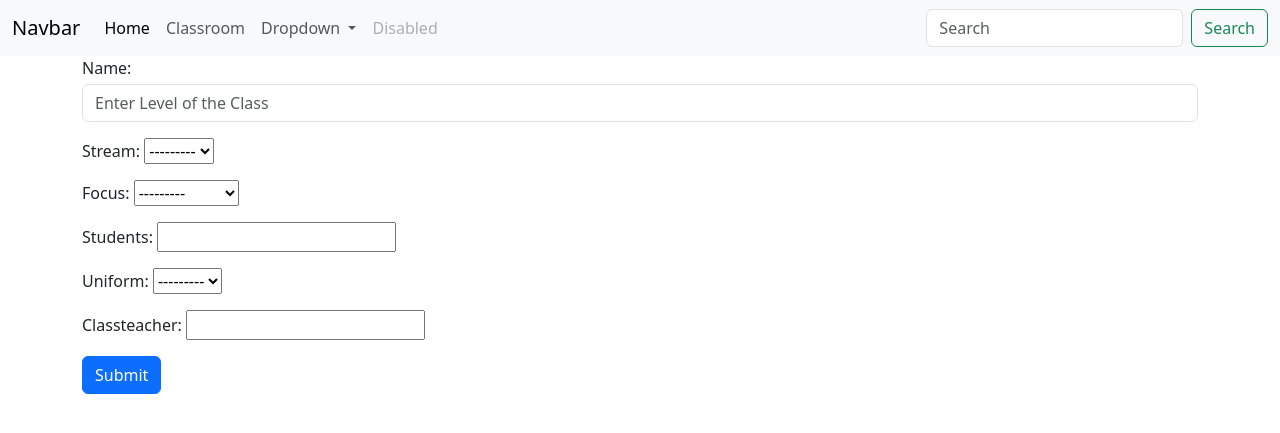
Repository: Mbote-Joseph/Django-Recap
Page: http://localhost/classroom/add
An editor plug-in stored every save of this project. The page is shown before and after a run of saves, followed by the edit.
The browser window is 1280 px wide. The pictures show the whole page.
The page is served by the project's application, run on Django 5.2 (manage.py).

Above is the page before, as saved 2025-12-15 21:24:14.

After the next 2 saves:
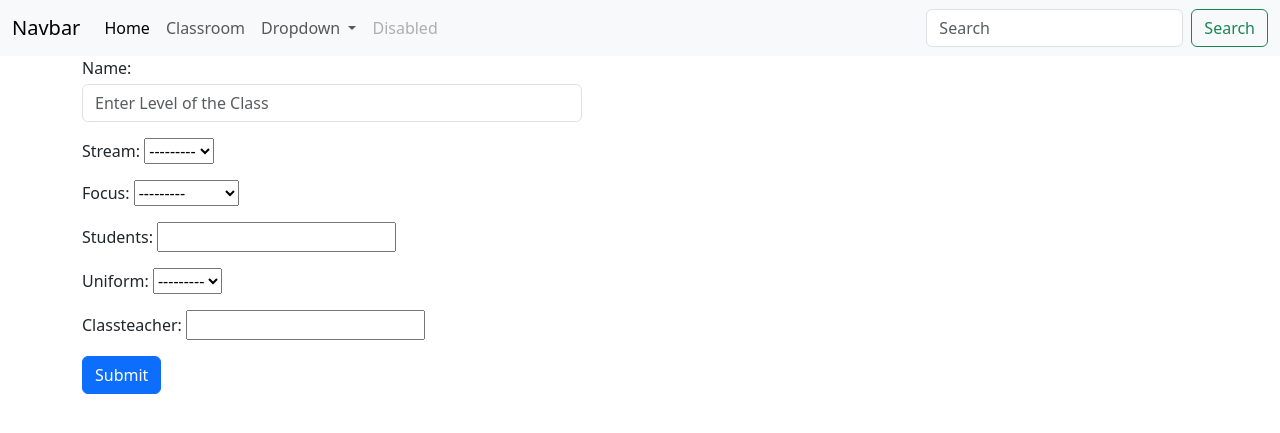
The 2 saves are shown as one change because they came seconds apart.
The last was saved 83 s later.
--- a/school/classroom/forms.py
+++ b/school/classroom/forms.py
@@ -20,5 +20,5 @@ class ClassroomForm(forms.ModelForm):
         model = ClassRoom
         fields = ('name', 'stream','focus','students', 'uniform', 'classteacher')
         widgets = {
-            'name': forms.TextInput(attrs={"class": "form-control my-1", 'placeholder': 'Enter Level of the Class', 'max-width': '500px'})
+            'name': forms.TextInput(attrs={"class": "form-control my-1", 'placeholder': 'Enter Level of the Class', 'style': 'max-width:500px'})
         }
